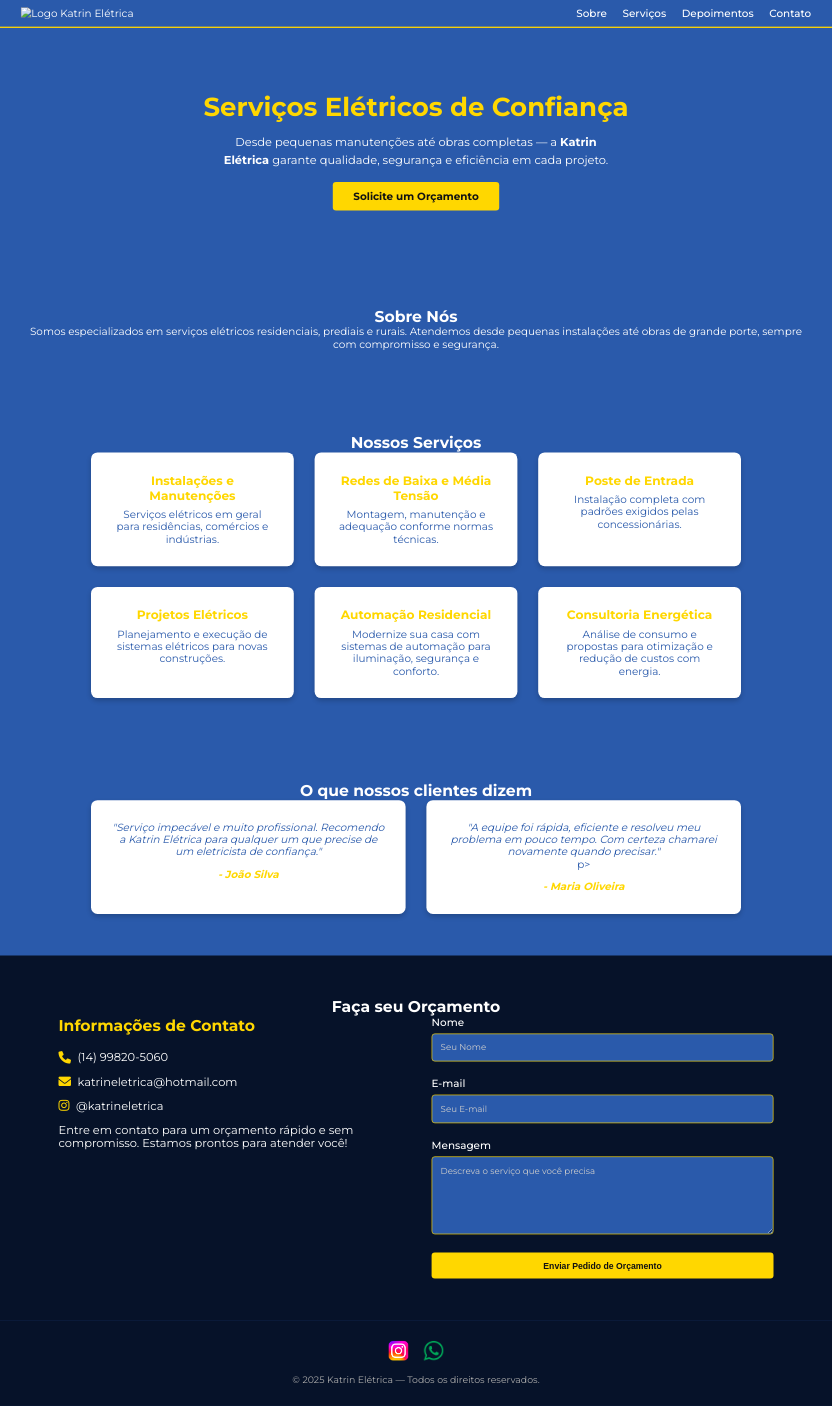
Repository: Jvcamargo1/katrin-site
Page: index.html
The author's editor kept a copy of each file at every save. The page is drawn from the files as they stood at one save, then again after the next save.
The browser window is 1280 px wide. The pictures show the whole page, at 65% of full size.

Above is the page before, as saved 2025-11-06 20:23:14.
Not found: logoke.jpg

After the next save:
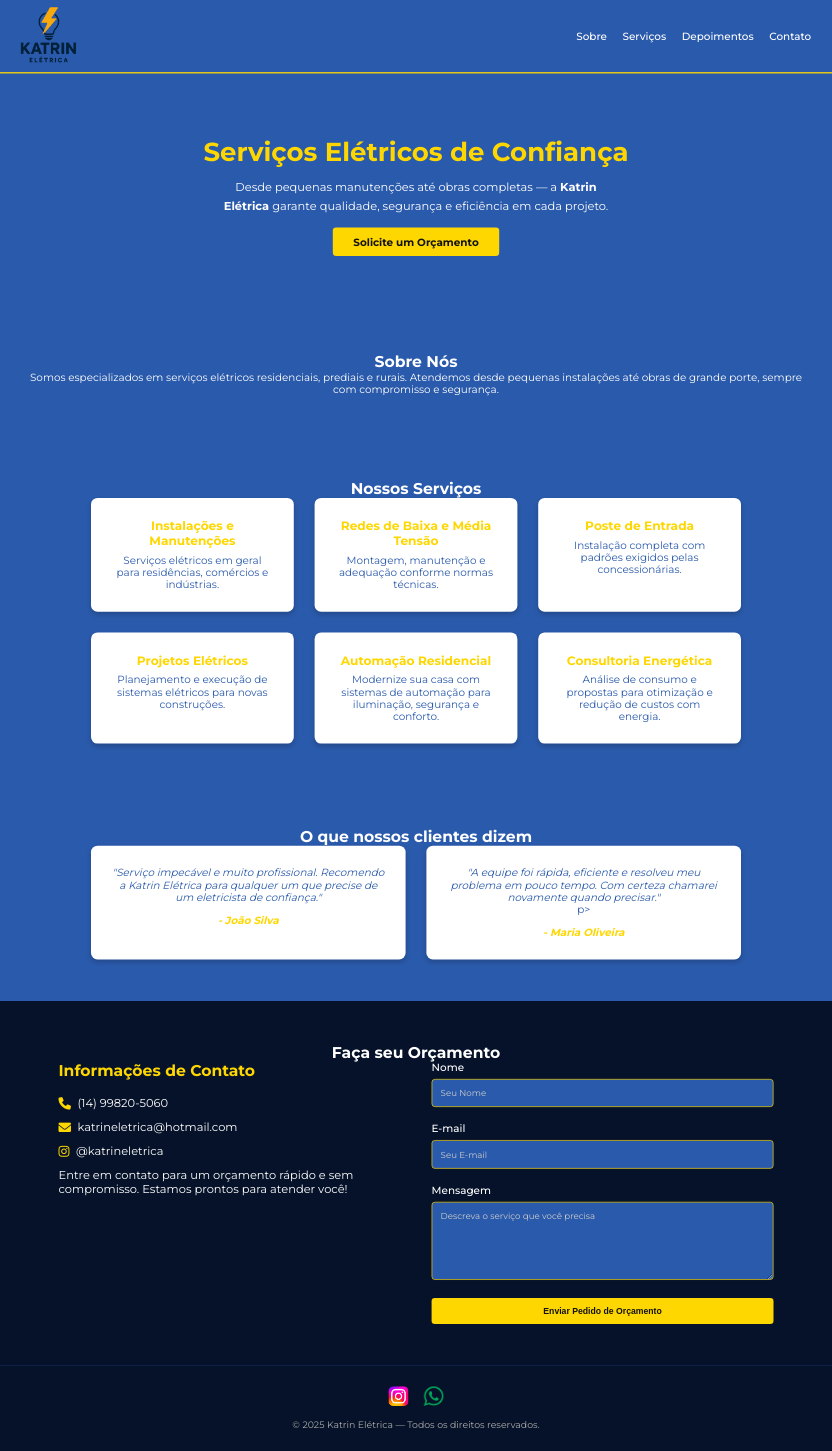
Saved 7 min 26 s later.
--- a/index.html
+++ b/index.html
@@ -10,7 +10,7 @@
 <body>
   <header>
     <div class="logo">
-      <img src="logoke.jpg" alt="Logo Katrin Elétrica" />
+      <img src="logoke.png" alt="Logo Katrin Elétrica" />
     </div>
     <button class="menu-toggle" id="menu-toggle" aria-label="Abrir menu">
       <span class="bar"></span>
